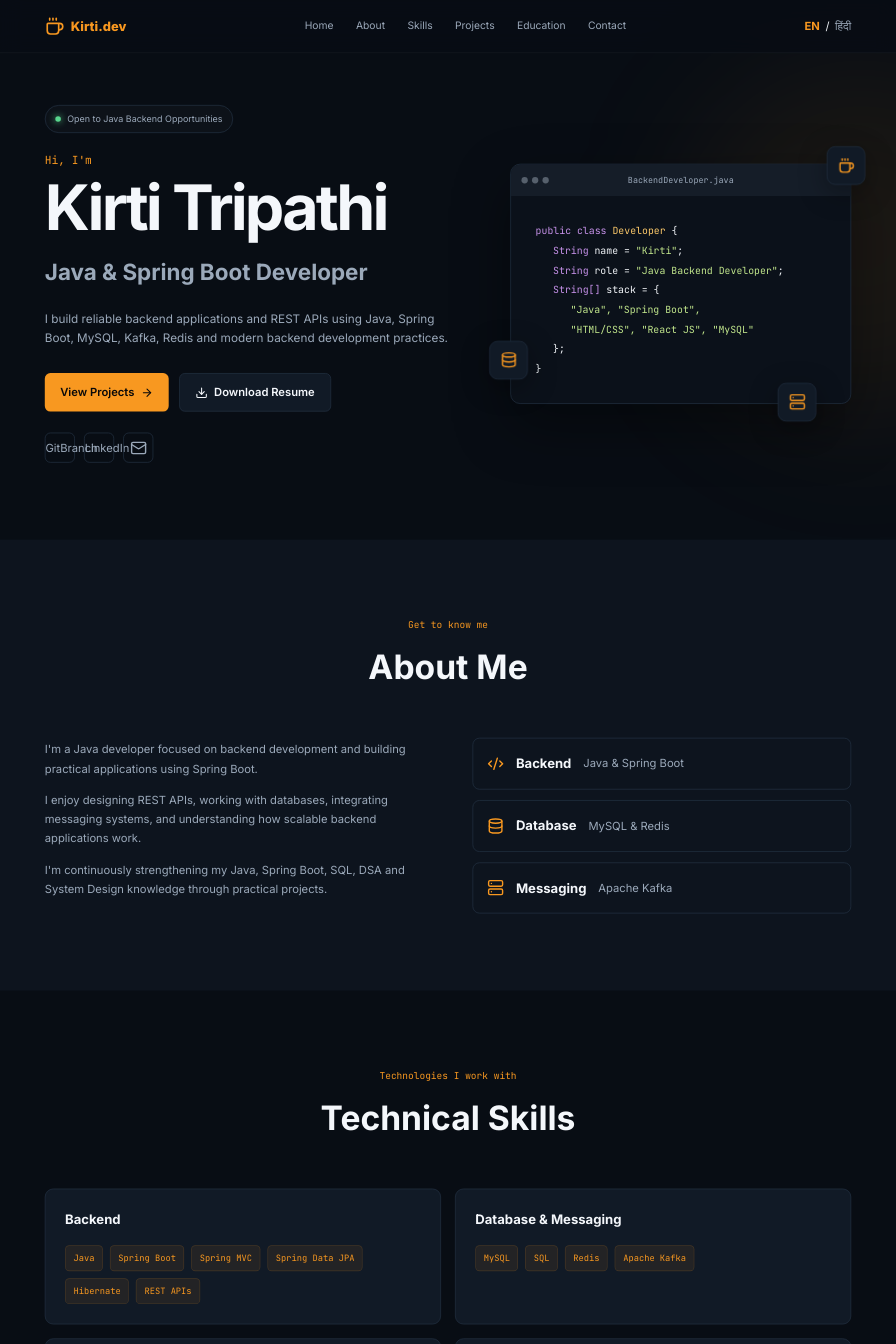
Repository: Rashi-Kirti06/En-Hi-Portfolio
Page: /
These files come from the project's save history. The page is drawn as it stood at one moment and after the next save; the edit follows.
The browser window is 1280 px wide. The pictures show the part of the page from y = 0 to 1920 px (the page is 4888 px tall before and 4876 px after), at 70% of full size.
The project was rebuilt for these pictures with package versions that can differ from the ones it lists, and the page was loaded fresh each time. Also part of the build but not shown: vite.config.js.

Above is the page before, as saved 2026-09-06 15:57:30.

After the next save:
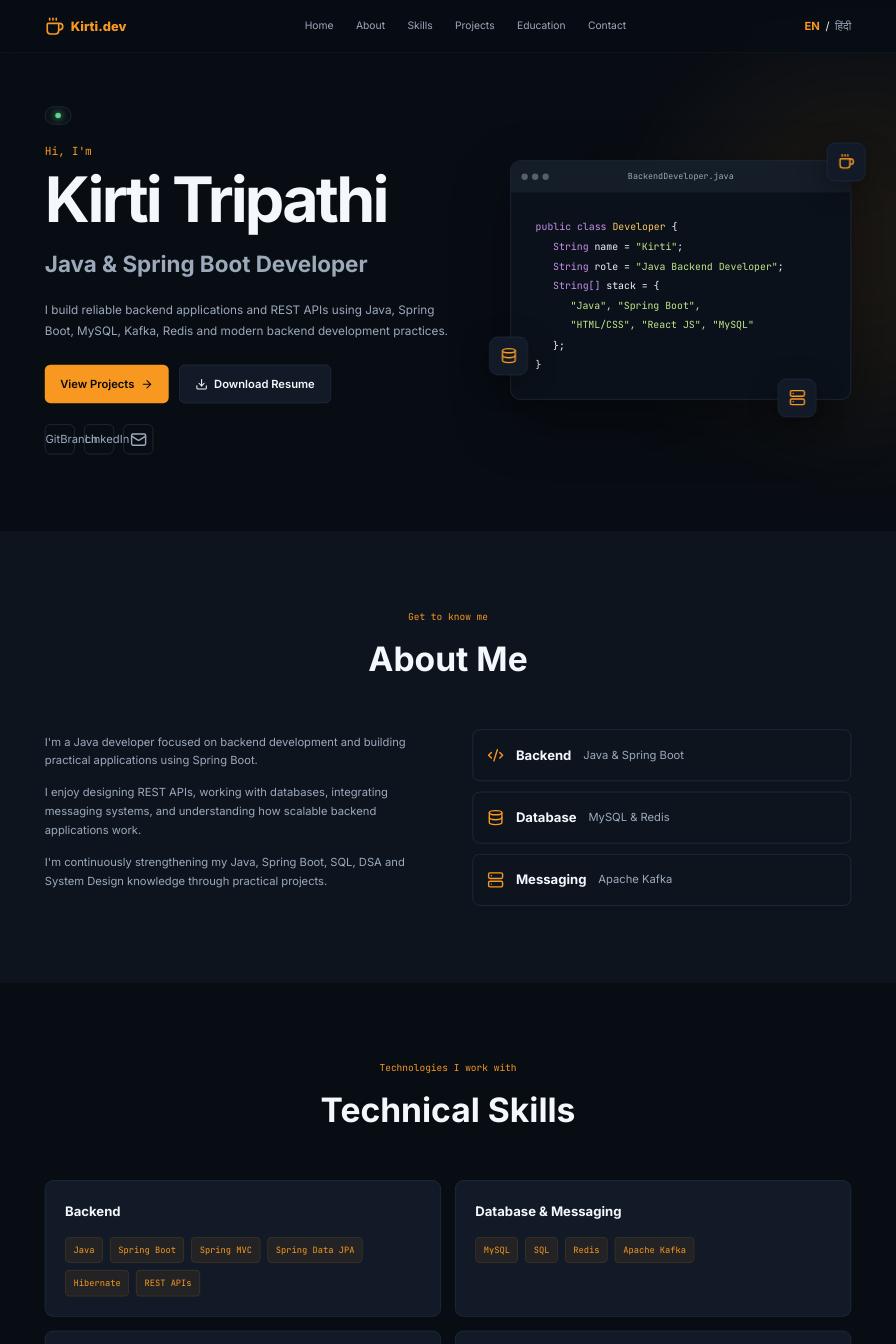
Saved 92 s later.
--- a/src/data/translations.jsx
+++ b/src/data/translations.jsx
@@ -17,7 +17,6 @@ export const translations = {
         "I build reliable backend applications and REST APIs using Java, Spring Boot, MySQL, Kafka, Redis and modern backend development practices.",
       projectsButton: "View Projects",
       resumeButton: "Download Resume",
-      available: "Open to Java Backend Opportunities",
     },
 
     about: {
